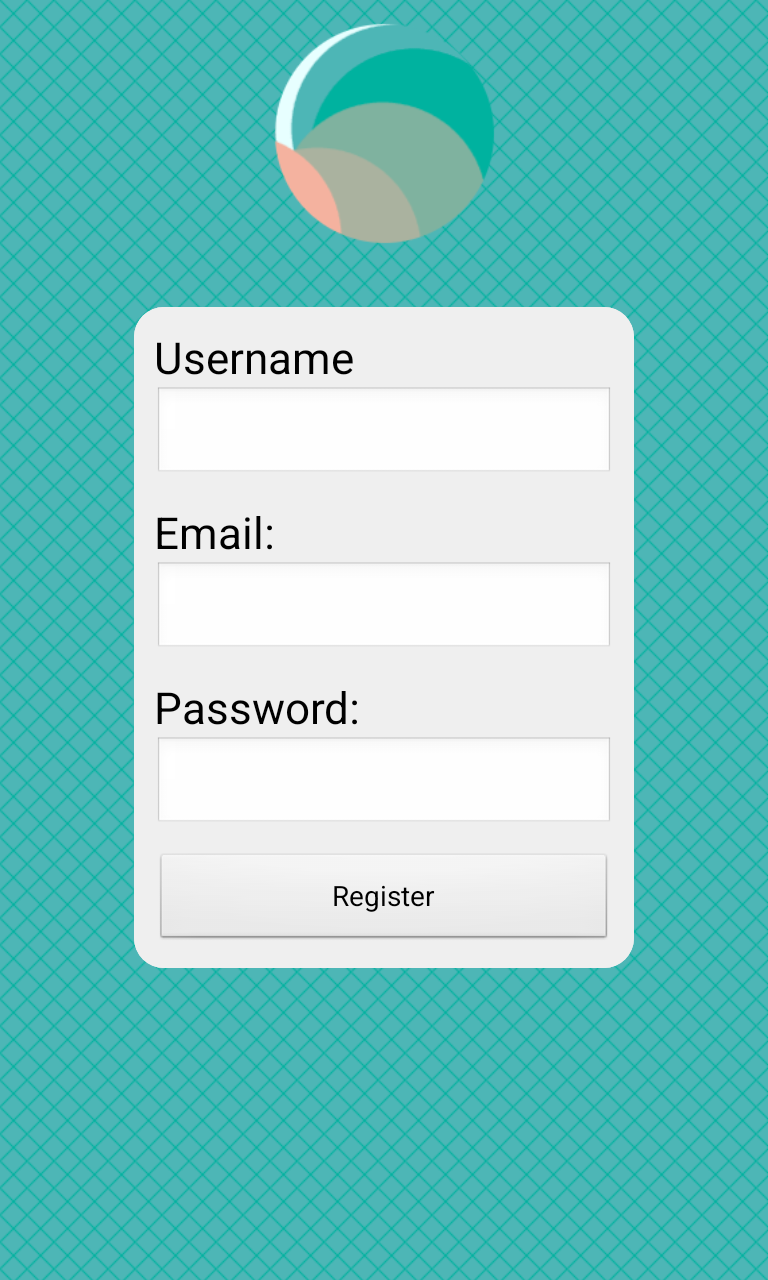
Repository: ppamorim/Coderock-X
Layout: workspace-Android/teste1/res/layout/activity_register.xml
These files come from the project's save history. The layout is drawn as it stood at one moment and after the next save; the edit follows.
It is drawn on a 768 x 1280 px phone screen (xhdpi) without system bars, with theme android:Theme.NoTitleBar; the app's code is not run.

Above is the layout before, as saved 2014-01-05 23:10:12.

After the next save:
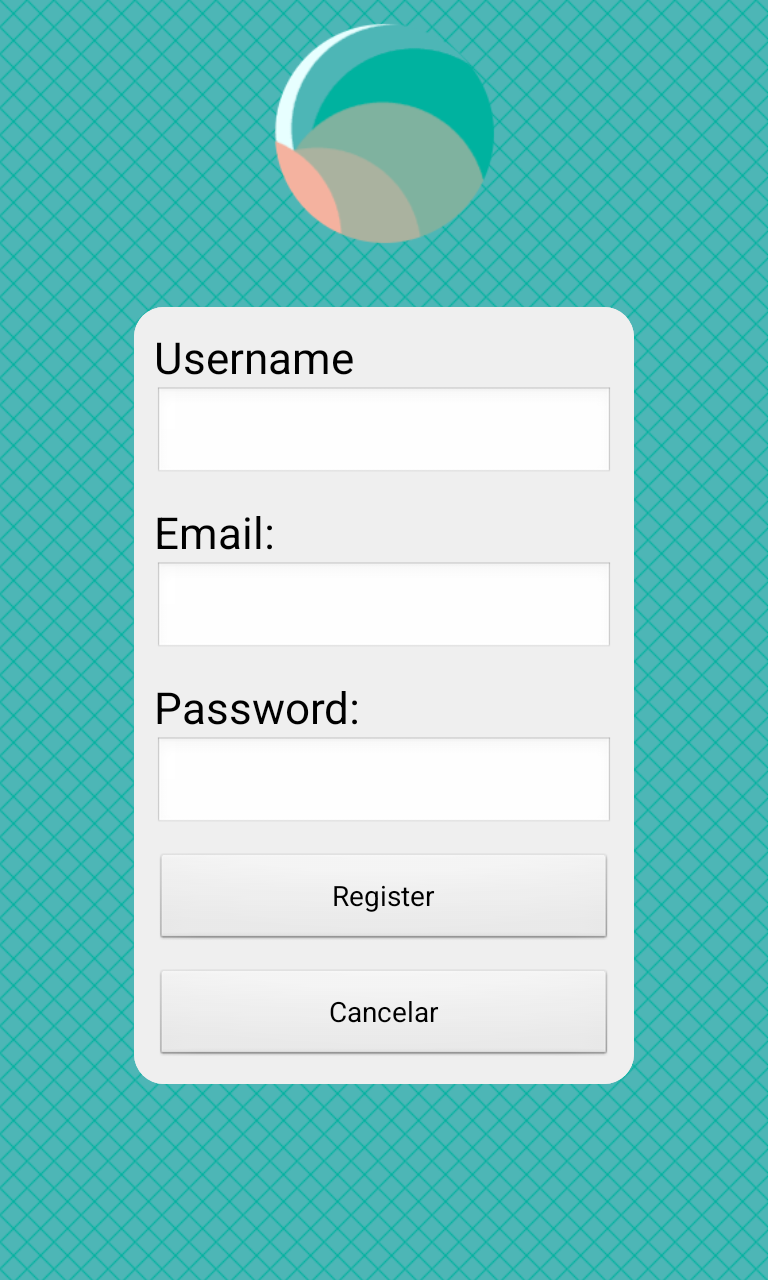
Saved 28 s later.
--- a/workspace-Android/teste1/res/layout/activity_register.xml
+++ b/workspace-Android/teste1/res/layout/activity_register.xml
@@ -101,6 +101,15 @@
             	android:layout_marginRight="10dp"
             	android:text="@string/register" />
 
+        		<Button
+            	android:id="@+id/Cancelar"
+            	android:layout_width="fill_parent"
+            	android:layout_height="wrap_content"
+            	android:layout_marginBottom="10dp"
+            	android:layout_marginLeft="10dp"
+            	android:layout_marginRight="10dp"
+            	android:text="@string/cancel" />
+
         	</LinearLayout>
         </LinearLayout>
     </FrameLayout>
